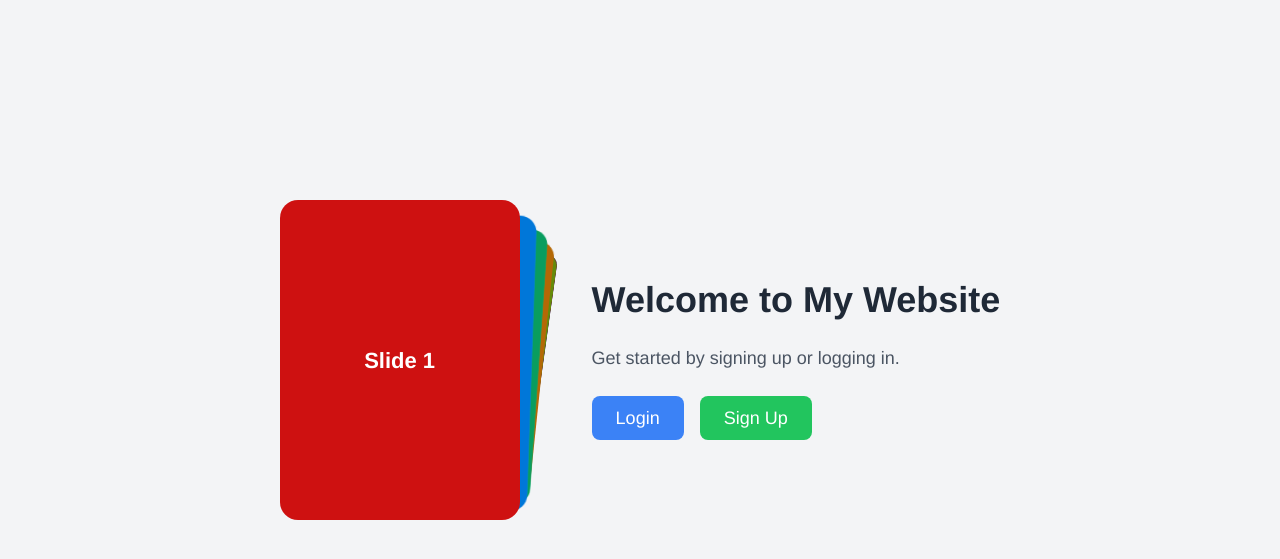
Repository: prathyushaa5/BuyYours
Page: / (app in Frontend/)
These files come from the project's save history. The page is drawn as it stood at one moment and after the next save; the edit follows.
The browser window is 1280 px wide. The pictures show the whole page.
The project was rebuilt for these pictures with package versions that can differ from the ones it lists, and the page was loaded fresh each time. Also part of the build but not shown: Frontend/vite.config.js, Frontend/src/components/Login.jsx, Frontend/src/components/Signup.jsx, Frontend/src/components/Home.jsx.

Above is the page before, as saved 2025-02-13 16:05:50.

### Frontend/src/App.jsx
import { BrowserRouter as Router, Routes, Route } from "react-router-dom";
import { useState } from "react";
import Main from "./components/Main";
import Login from "./components/Login";
import Signup from "./components/Signup";
import Home from "./components/Home";

export default function App() {
  const [token, setToken] = useState(null);

  const handleLogin = (userToken) => {
    setToken(userToken);
  };

  return (
    <Router>
      <Routes>
        {/* Show Main page first */}
        <Route path="/" element={<Main />} />

        {/* Login Page */}
        <Route path="/login" element={<Login onLogin={handleLogin} />} />

        {/* Signup Page */}
        <Route path="/signup" element={<Signup />} />

        {/* Home Page (Protected) */}
        <Route path="/home" element={token ? <Home /> : <Login onLogin={handleLogin} />} />
      </Routes>
    </Router>
  );
}

### Frontend/src/components/Main.jsx
import { useNavigate } from "react-router-dom";
import { Swiper, SwiperSlide } from "swiper/react";
import { EffectCards } from "swiper/modules";
import "swiper/css";
import "swiper/css/effect-cards";
import "../style.css";

export default function Main() {
  const navigate = useNavigate();

  return (
    <div className="flex items-center justify-center min-h-screen bg-gray-100 p-6">
      {/* Left: Swiper Section */}
      <div className="w-88 mr-12"> {/* Increased margin for spacing */}
        <Swiper
          effect={'cards'}
          grabCursor={true}
          modules={[EffectCards]}
          className="mySwiper"
        >
          <SwiperSlide>Slide 1</SwiperSlide>
          <SwiperSlide>Slide 2</SwiperSlide>
          <SwiperSlide>Slide 3</SwiperSlide>
          <SwiperSlide>Slide 4</SwiperSlide>
          <SwiperSlide>Slide 5</SwiperSlide>
          <SwiperSlide>Slide 6</SwiperSlide>
          <SwiperSlide>Slide 7</SwiperSlide>
          <SwiperSlide>Slide 8</SwiperSlide>
          <SwiperSlide>Slide 9</SwiperSlide>
        </Swiper>
      </div>

      {/* Right: Welcome Text & Buttons */}
      <div className="flex flex-col items-start ml-6"> {/* Added margin-left */}
        <h1 className="text-4xl font-extrabold text-gray-800 mb-6"> {/* Increased bottom margin */}
          Welcome to My Website
        </h1>
        <p className="text-lg text-gray-600 mb-6">
          Get started by signing up or logging in.
        </p>

        <div className="flex space-x-4">
          <button
            onClick={() => navigate("/login")}
            className="px-6 py-2 bg-blue-500 text-white text-lg rounded-lg hover:bg-blue-600 transition"
          >
            Login
          </button>
          <button
            onClick={() => navigate("/signup")}
            className="px-6 py-2 bg-green-500 text-white text-lg rounded-lg hover:bg-green-600 transition"
          >
            Sign Up
          </button>
        </div>
      </div>
    </div>
  );
}

### Frontend/src/style.css
#app { height: 100% }
html,
body {
  position: relative;
  height: 100%;
}

body {
  background: #eee;
  font-family: Helvetica Neue, Helvetica, Arial, sans-serif;
  font-size: 14px;
  color: #000;
  margin: 0;
  padding: 0;
}

body {
  background: #fff;
  font-family: Helvetica Neue, Helvetica, Arial, sans-serif;
  font-size: 14px;
  color: #000;
  margin: 0;
  padding: 0;
}

html,
body {
  position: relative;
  height: 100%;
}

#app {
  display: flex;
  justify-content: center;
  align-items: center;
}

.swiper {
  width: 240px;
  height: 320px;
}

.swiper-slide {
  display: flex;
  align-items: center;
  justify-content: center;
  border-radius: 18px;
  font-size: 22px;
  font-weight: bold;
  color: #fff;
}

.swiper-slide:nth-child(1n) {
  background-color: rgb(206, 17, 17);
}

.swiper-slide:nth-child(2n) {
  background-color: rgb(0, 140, 255);
}

.swiper-slide:nth-child(3n) {
  background-color: rgb(10, 184, 111);
}

.swiper-slide:nth-child(4n) {
  background-color: rgb(211, 122, 7);
}

.swiper-slide:nth-child(5n) {
  background-color: rgb(118, 163, 12);
}

.swiper-slide:nth-child(6n) {
  background-color: rgb(180, 10, 47);
}

.swiper-slide:nth-child(7n) {
  background-color: rgb(35, 99, 19);
}

.swiper-slide:nth-child(8n) {
  background-color: rgb(0, 68, 255);
}

.swiper-slide:nth-child(9n) {
  background-color: rgb(218, 12, 218);
}

.swiper-slide:nth-child(10n) {
  background-color: rgb(54, 94, 77);
}

Loaded but not shown: Frontend/index.html (common file); Frontend/src/main.jsx (common file); Frontend/src/index.css (common file); Frontend/tailwind.config.js (common file)

After the next save:
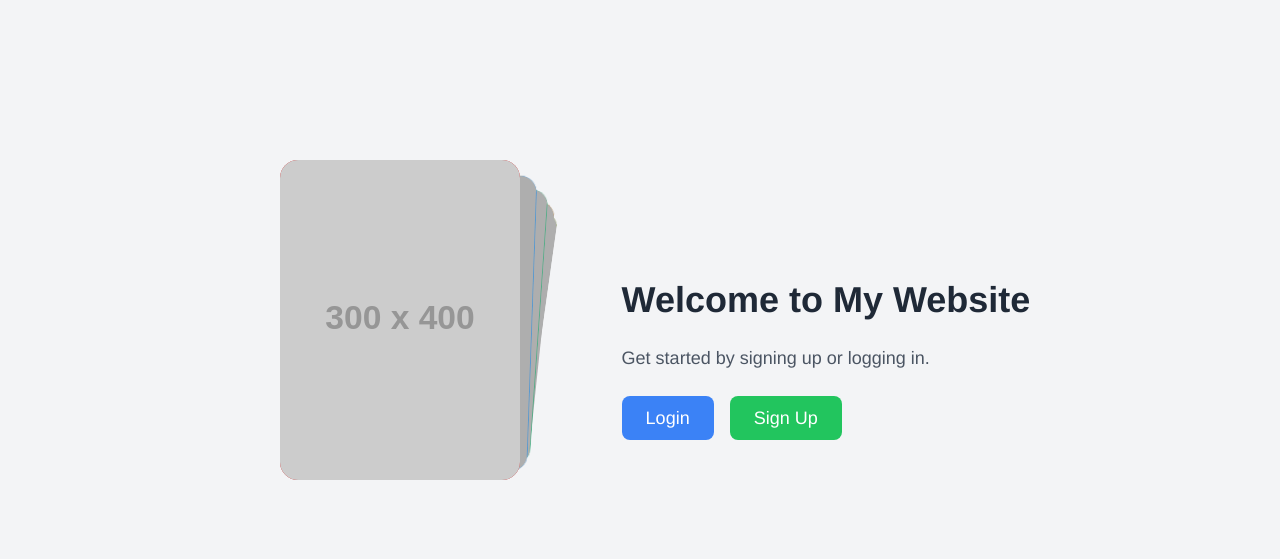
Saved 2 min 11 s later.
--- a/Frontend/src/components/Main.jsx
+++ b/Frontend/src/components/Main.jsx
@@ -11,28 +11,34 @@ export default function Main() {
   return (
     <div className="flex items-center justify-center min-h-screen bg-gray-100 p-6">
       {/* Left: Swiper Section */}
-      <div className="w-88 mr-12"> {/* Increased margin for spacing */}
+      <div className="w-[300px] h-[400px] mr-12"> {/* Increased card size */}
         <Swiper
-          effect={'cards'}
+          effect={"cards"}
           grabCursor={true}
           modules={[EffectCards]}
           className="mySwiper"
         >
-          <SwiperSlide>Slide 1</SwiperSlide>
-          <SwiperSlide>Slide 2</SwiperSlide>
-          <SwiperSlide>Slide 3</SwiperSlide>
-          <SwiperSlide>Slide 4</SwiperSlide>
-          <SwiperSlide>Slide 5</SwiperSlide>
-          <SwiperSlide>Slide 6</SwiperSlide>
-          <SwiperSlide>Slide 7</SwiperSlide>
-          <SwiperSlide>Slide 8</SwiperSlide>
-          <SwiperSlide>Slide 9</SwiperSlide>
+          <SwiperSlide>
+            <img src="https://via.placeholder.com/300x400" alt="Slide 1" className="w-full h-full object-cover rounded-lg" />
+          </SwiperSlide>
+          <SwiperSlide>
+            <img src="https://via.placeholder.com/300x400" alt="Slide 2" className="w-full h-full object-cover rounded-lg" />
+          </SwiperSlide>
+          <SwiperSlide>
+            <img src="https://via.placeholder.com/300x400" alt="Slide 3" className="w-full h-full object-cover rounded-lg" />
+          </SwiperSlide>
+          <SwiperSlide>
+            <img src="https://via.placeholder.com/300x400" alt="Slide 4" className="w-full h-full object-cover rounded-lg" />
+          </SwiperSlide>
+          <SwiperSlide>
+            <img src="https://via.placeholder.com/300x400" alt="Slide 5" className="w-full h-full object-cover rounded-lg" />
+          </SwiperSlide>
         </Swiper>
       </div>
 
       {/* Right: Welcome Text & Buttons */}
-      <div className="flex flex-col items-start ml-6"> {/* Added margin-left */}
-        <h1 className="text-4xl font-extrabold text-gray-800 mb-6"> {/* Increased bottom margin */}
+      <div className="flex flex-col items-start ml-6">
+        <h1 className="text-4xl font-extrabold text-gray-800 mb-6">
           Welcome to My Website
         </h1>
         <p className="text-lg text-gray-600 mb-6">
